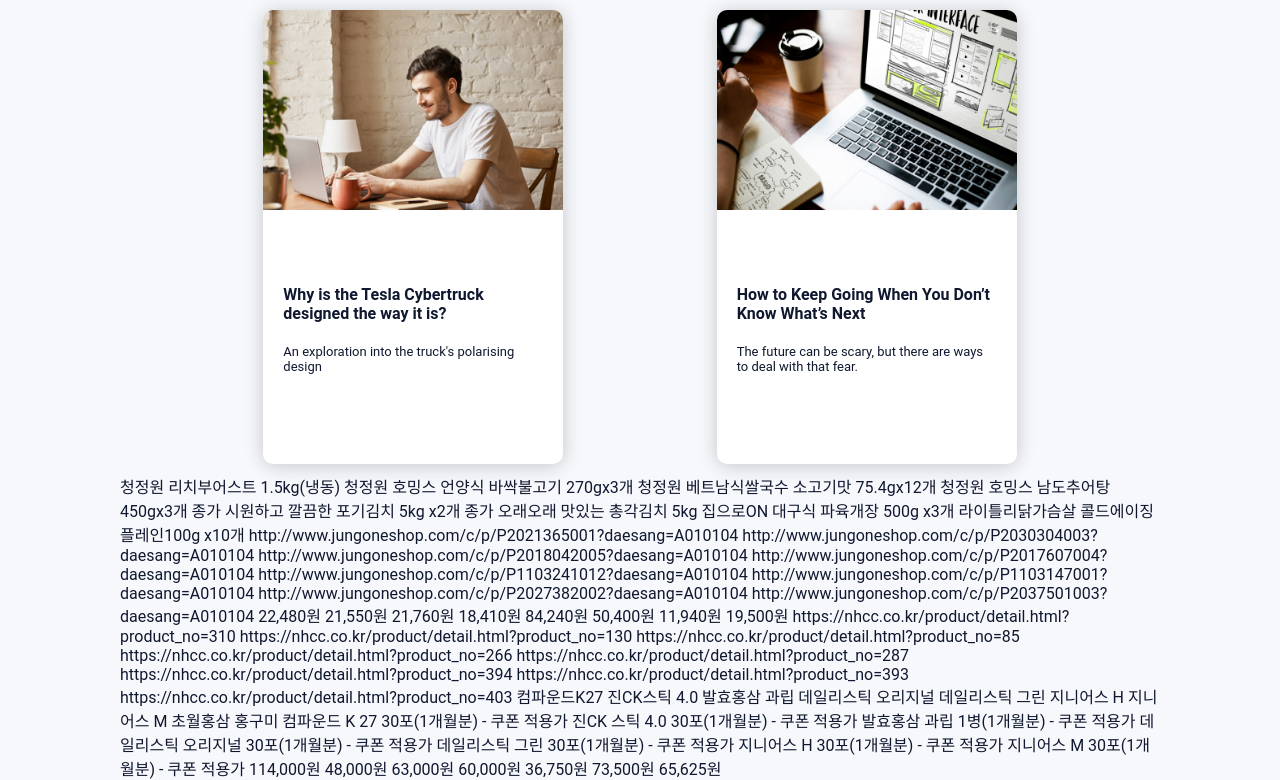
Repository: Nam936/exercises
Page: card.html
These files come from the project's save history. The page is drawn as it stood at one moment and after the next save; the edit follows.
The browser window is 1280 px wide. The pictures show the whole page.

Above is the page before, as saved 2023-01-13 13:39:37.

### card.html
<!DOCTYPE html>
<html lang="en">

<head>
    <meta charset="UTF-8" />
    <meta name="viewport" content="width=device-width, initial-scale=1.0" />
    <meta http-equiv="X-UA-Compatible" content="ie=edge" />
    <title>Card Layout with CSS Grid</title>
    <link rel="stylesheet" href="card.css" />
    <link href="https://fonts.googleapis.com/css?family=Open+Sans&display=swap" rel="stylesheet" />
</head>

<body>


    <div class="container">
        <div class="card">
            <div class="card-header">
                <img src="/img/Rectangle 66.png" alt="rover" />
            </div>
            <div class="card-body">
                <h4>
                    Why is the Tesla Cybertruck designed the way it
                    is?
                </h4>
                <p>
                    An exploration into the truck's polarising design
                </p>
            </div>
        </div>
        <div class="card">
            <div class="card-header">
                <img src="/img/Rectangle 66_2.png"
                    alt="ballons" />
            </div>
            <div class="card-body">
                <h4>
                    How to Keep Going When You Don’t Know What’s Next
                </h4>
                <p>
                    The future can be scary, but there are ways to
                    deal with that fear.
                </p>

            </div>
        </div>

        <!-- <main>
        <section class="cards">
            <div class="card">
                <div class="card-image-container">
                    <img
                        src="https://images.unsplash.com/photo-1464822759023-fed622ff2c3b?ixlib=rb-1.2.1&ixid=eyJhcHBfaWQiOjEyMDd9&auto=format&fit=crop&w=1200&q=80" />
                </div>
                <div class="card-content">
                    <p class="card-title text-medium">
                        10 secrets to connect with your audience through your website and blog
                    <p>It is not the same to write a blog with simple information as to write by connecting with your
                        target.</p>
                    </p>
                    <div class="day">
                        <div class="blog-date">
                            <img src="/img/Iconex/Calendar.svg" alt="">
                            <p>May 7 2022</p>
                        </div>
                        <div class="time">
                            <img src="/img/Iconex/Time Circle.svg" alt="">
                            <p>10 min read</p>
                        </div>
                    </div>
                </div>
            </div>
            <div class="card">
                <div class="card-image-container">
                    <img
                        src="https://images.unsplash.com/photo-1519681393784-d120267933ba?ixlib=rb-1.2.1&ixid=eyJhcHBfaWQiOjEyMDd9&auto=format&fit=crop&w=1200&q=80" />
                </div>
                <div class="card-content">
                    <p class="card-title text-medium">
                        10 secrets to connect with your audience through your website and blog
                    <p>It is not the same to write a blog with simple information as to write by connecting with your
                        target.</p>
                    </p>
                    <div class="day">
                        <div class="blog-date">
                            <img src="/img/Iconex/Calendar.svg" alt="">
                            <p>May 7 2022</p>
                        </div>
                        <div class="time">
                            <img src="/img/Iconex/Time Circle.svg" alt="">
                            <p>10 min read</p>
                        </div>
                    </div>
                </div>
            </div>
            <div class="card">
                <div class="card-image-container">
                    <img
                        src="https://images.unsplash.com/photo-1519681393784-d120267933ba?ixlib=rb-1.2.1&ixid=eyJhcHBfaWQiOjEyMDd9&auto=format&fit=crop&w=1200&q=80" />
                </div>
                <div class="card-content">
                    <p class="card-title text-medium">
                        10 secrets to connect with your audience through your website and blog
                    <p>It is not the same to write a blog with simple information as to write by connecting with your
                        target.</p>
                    </p>
                    <div class="day">
                        <div class="blog-date">
                            <img src="/img/Iconex/Calendar.svg" alt="">
                            <p>May 7 2022</p>
                        </div>
                        <div class="time">
                            <img src="/img/Iconex/Time Circle.svg" alt="">
                            <p>10 min read</p>
                        </div>
                    </div>
                </div>
            </div> -->
        <!-- <div class="blog-thumbnail">
                <div class="thumbnail">
                    <div class="thumb">
                        <p>These web design trends will help inform and inspire what people build for the web</p>
                        <div class="day">
                            <div class="blog-date">
                                <img src="/img/Iconex/Calendar.svg" alt="">
                                <p>May 7 2022</p>
                            </div>
                            <div class="time">
                                <img src="/img/Iconex/Time Circle.svg" alt="">
                                <p>10 min read</p>
                            </div>
                        </div>
                    </div>
                    <div class="thumb-img">
                        <img src="/img/thumb1.png" alt="">
                    </div>
                </div>

                <div class="thumbnail">
                    <div class="thumb">
                        <p>These web design trends will help inform and inspire what people build for the web</p>
                        <div class="day">
                            <div class="blog-date">
                                <img src="/img/Iconex/Calendar.svg" alt="">
                                <p>May 7 2022</p>
                            </div>
                            <div class="time">
                                <img src="/img/Iconex/Time Circle.svg" alt="">
                                <p>10 min read</p>
                            </div>
                        </div>
                    </div>
                    <div class="thumb-img">
                        <img src="/img/thumb2.png" alt="">
                    </div>
                </div>
                <div class="thumbnail">
                    <div class="thumb">
                        <p>These web design trends will help inform and inspire what people build for the web</p>
                        <div class="day">
                            <div class="blog-date">
                                <img src="/img/Iconex/Calendar.svg" alt="">
                                <p>May 7 2022</p>
                            </div>
                            <div class="time">
                                <img src="/img/Iconex/Time Circle.svg" alt="">
                                <p>10 min read</p>
                            </div>
                        </div>
                    </div>
                    <div class="thumb-img">
                        <img src="/img/thumb3.png" alt="">
                    </div>
                </div>
            </div> -->
        <!-- </section>

    </main>
</body>

</html> -->


        <!-- <section class="cards-cus">
    <div class="card-cus">
        <div class="card-image-container-cus">
            <img
                src="https://images.unsplash.com/photo-1464822759023-fed622ff2c3b?ixlib=rb-1.2.1&ixid=eyJhcHBfaWQiOjEyMDd9&auto=format&fit=crop&w=1200&q=80" />
        </div>
        <div class="card-content-cus">
            <p class="card-title-cus">
                10 secrets to connect with your audience through your website and blog
            <p>It is not the same to write a blog with simple information as to write by connecting with your target.</p>
            </p>
            <div class="day-cus">
                <div class="date-cus">
                    <img src="/img/Iconex/Calendar.svg" alt="">
                    <p>May 7 2022</p>
                </div>
                <div class="time-cus">
                    <img src="/img/Iconex/Time Circle.svg" alt="">
                    <p>10 min read</p>
                </div>
            </div>
        </div>
    </div>
    <div class="card-cus">
        <div class="card-image-container-cus">
            <img
                src="https://images.unsplash.com/photo-1519681393784-d120267933ba?ixlib=rb-1.2.1&ixid=eyJhcHBfaWQiOjEyMDd9&auto=format&fit=crop&w=1200&q=80" />
        </div>
        <div class="card-content-cus">
            <p class="card-title-cus">
                10 secrets to connect with your audience through your website and blog
            <p>It is not the same to write a blog with simple information as to write by connecting with your target.</p>
            </p>
            <div class="day-cus">
                <div class="date-cus">
                    <img src="/img/Iconex/Calendar.svg" alt="">
                    <p>May 7 2022</p>
                </div>
                <div class="time-cus">
                    <img src="/img/Iconex/Time Circle.svg" alt="">
                    <p>10 min read</p>
                </div>
            </div>
        </div>
    </div>
</section> -->



청정원 리치부어스트 1.5kg(냉동)
청정원 호밍스 언양식 바싹불고기 270gx3개
청정원 베트남식쌀국수 소고기맛 75.4gx12개
청정원 호밍스 남도추어탕 450gx3개
종가 시원하고 깔끔한 포기김치 5kg x2개
종가 오래오래 맛있는 총각김치 5kg
집으로ON 대구식 파육개장 500g x3개
라이틀리닭가슴살 콜드에이징 플레인100g x10개

http://www.jungoneshop.com/c/p/P2021365001?daesang=A010104
http://www.jungoneshop.com/c/p/P2030304003?daesang=A010104
http://www.jungoneshop.com/c/p/P2018042005?daesang=A010104
http://www.jungoneshop.com/c/p/P2017607004?daesang=A010104
http://www.jungoneshop.com/c/p/P1103241012?daesang=A010104
http://www.jungoneshop.com/c/p/P1103147001?daesang=A010104
http://www.jungoneshop.com/c/p/P2027382002?daesang=A010104
http://www.jungoneshop.com/c/p/P2037501003?daesang=A010104


22,480원
21,550원
21,760원
18,410원
84,240원
50,400원
11,940원
19,500원



https://nhcc.co.kr/product/detail.html?product_no=310
https://nhcc.co.kr/product/detail.html?product_no=130
https://nhcc.co.kr/product/detail.html?product_no=85
https://nhcc.co.kr/product/detail.html?product_no=266
https://nhcc.co.kr/product/detail.html?product_no=287
https://nhcc.co.kr/product/detail.html?product_no=394
https://nhcc.co.kr/product/detail.html?product_no=393
https://nhcc.co.kr/product/detail.html?product_no=403

컴파운드K27
진CK스틱 4.0
발효홍삼 과립
데일리스틱 오리지널
데일리스틱 그린
지니어스 H
지니어스 M
초월홍삼 홍구미



컴파운드 K 27 30포(1개월분) - 쿠폰 적용가
진CK 스틱 4.0 30포(1개월분) - 쿠폰 적용가
발효홍삼 과립 1병(1개월분) - 쿠폰 적용가
데일리스틱 오리지널 30포(1개월분) - 쿠폰 적용가
데일리스틱 그린 30포(1개월분) - 쿠폰 적용가
지니어스 H 30포(1개월분) - 쿠폰 적용가
지니어스 M 30포(1개월분) - 쿠폰 적용가


114,000원
48,000원
63,000원
60,000원
36,750원
73,500원
65,625원

### card.css


* {
    box-sizing: border-box;
}

body {
    display: flex;
    justify-content: center;
    align-items: center;
    margin: 0;
    background-color: #f7f8fc;
    font-family: "Roboto", sans-serif;
    color: #10182f;
}

.container {
    display: flex;
    width: 1040px;
    justify-content: space-evenly;
    flex-wrap: wrap;
}

.card {
    margin: 10px;
    background-color: #fff;
    border-radius: 10px;
    box-shadow: 0 2px 20px rgba(0, 0, 0, 0.2);
    overflow: hidden;
    width: 300px;
}

.card-header img {
    width: 100%;
    height: 200px;
    object-fit: cover;
}

.card-body {
    display: flex;
    flex-direction: column;
    justify-content: center;
    align-items: flex-start;
    padding: 20px;
    min-height: 250px;
}

.card-body p {
    font-size: 13px;
    margin: 0 0 40px;
}




/* * {
    box-sizing: border-box;
    padding: 0;
    margin: 0;
}

body {
    background-color: #303032;
}

main {
    display: grid;
    grid-template-columns: 1fr 1fr 1fr;;
    grid-gap: 40px;
    padding: 60px 0;
}

.text-medium {
    font-family: "Open Sans", sans-serif;
    font-size: 16px;
    line-height: 20px;
    font-weight: 400;
    color: #ecf0f1;
}

.cards {
    grid-column: 1 / span 3;
    display: grid;
    grid-template-columns: 1fr 1fr 1fr;
    grid-gap: 40px;
}

.card {
    grid-column-end: span 4;
    display: flex;
    flex-direction: column;
    background-color: #39393b;
    cursor: pointer;
    transition: all 0.3s ease 0s;
}

.card:hover {
    transform: translateY(-7px);
}

.card-image-container {
    width: 100%;
    padding-top: 56.25%;
    overflow: hidden;
    position: relative;
}

.card-image-container img {
    width: 100%;
    position: absolute;
    top: 50%;
    left: 50%;
    transform: translate(-50%, -50%);
}

.card-content {
    padding: 20px;
}

.card-title {
    margin-bottom: 20px;
}

.day {
    display: flex;
    align-self: end;
    align-items: center;
    margin-top: 20px;
}

.time {
    margin-left: 20px;
}

.time p {
    float: right;
    margin-left: 5px;
    display: -webkit-box;
    -webkit-box-orient: vertical;
    -webkit-line-clamp: 3;
    overflow: hidden;


}

.blog-date p {
    float: right;
    margin-left: 5px;
    display: -webkit-box;
    -webkit-box-orient: vertical;
    -webkit-line-clamp: 3;
    overflow: hidden;
}

.card-price {
    margin-left: auto;
    padding: 5px 20px;
    background-color: #303032;
    border-radius: 20px;
}

@media only screen and (max-width: 1000px) {
    .card {
        grid-column-end: span 6;
    }
}

@media only screen and (max-width: 700px) {
    main {
        grid-gap: 20px;
    }

    .card {
        grid-column-end: span 12;
    }
}

@media only screen and (max-width: 500px) {
    main {
        grid-template-columns: 10px repeat(6, 1fr) 10px;
        grid-gap: 10px;
    }

    .cards {
        grid-column: 2 / span 6;
        grid-template-columns: repeat(6, 1fr);
        grid-gap: 20px;
    }

    .card {
        grid-column-end: span 6;
    }

    .card-content p {
        display: -webkit-box;
        -webkit-box-orient: vertical;
        -webkit-line-clamp: 1;
        overflow: hidden;
    }

}


.blog-thumbnail {
    display: flex;
    flex-direction: column;
    justify-content: space-between;
    padding: 30px 30px;
}

.thumbnail {
    display: flex;
    border-bottom: 1px solid rgba(156, 154, 154, 0.2);
}

.thumb {
    display: -webkit-box;
    -webkit-box-orient: vertical;
    -webkit-line-clamp: 3;
    overflow: hidden;
}

.day {
    display: flex;
    margin-top: 20px;

}

.thumb-img {
    width: 100px;
    height: 100px;
    line-height: 100px;
}

.thumb-img img {
    max-width: 100%;
    border-radius: 10px;
} */



/* * {
    box-sizing: border-box;
    padding: 0;
    margin: 0;
}

body {
    background-color: #303032;
}

.main-recent {
    display: grid;
    grid-template-columns: 1fr repeat(12, minmax(auto, 100%)) 1fr;
    grid-gap: 40px;
    padding: 60px 0;
}

.cards {
    grid-column: 2 / span 12;
    display: grid;
    grid-template-columns: repeat(12, minmax(auto, 60px));
    grid-gap: 40px;
    justify-content: center;
}

.card {
    grid-column-end: span 4;
    display: flex;
    flex-direction: column;
    background-color: #39393b;
    cursor: pointer;
    transition: all 0.3s ease 0s;
}

.card:hover {
    transform: translateY(-7px);
}

.card-image-container {
    width: 100%;

    overflow: hidden;
}

.card-image-container img {

    width: 100%;

}

@media only screen and (max-width: 1000px) {
    .card {
        grid-column-end: span 6;
    }
}

@media only screen and (max-width: 700px) {
    main {
        grid-gap: 20px;
    }

    .card {
        grid-column-end: span 12;
    }
}

@media only screen and (max-width: 500px) {
    main {
        grid-template-columns: 10px repeat(6, 1fr) 10px;
        grid-gap: 10px;
    }

    .cards {
        grid-column: 2 / span 6;
        grid-template-columns: repeat(6, 1fr);
        grid-gap: 20px;
    }

    .card {
        grid-column-end: span 6;
    }
} */

After the next save:
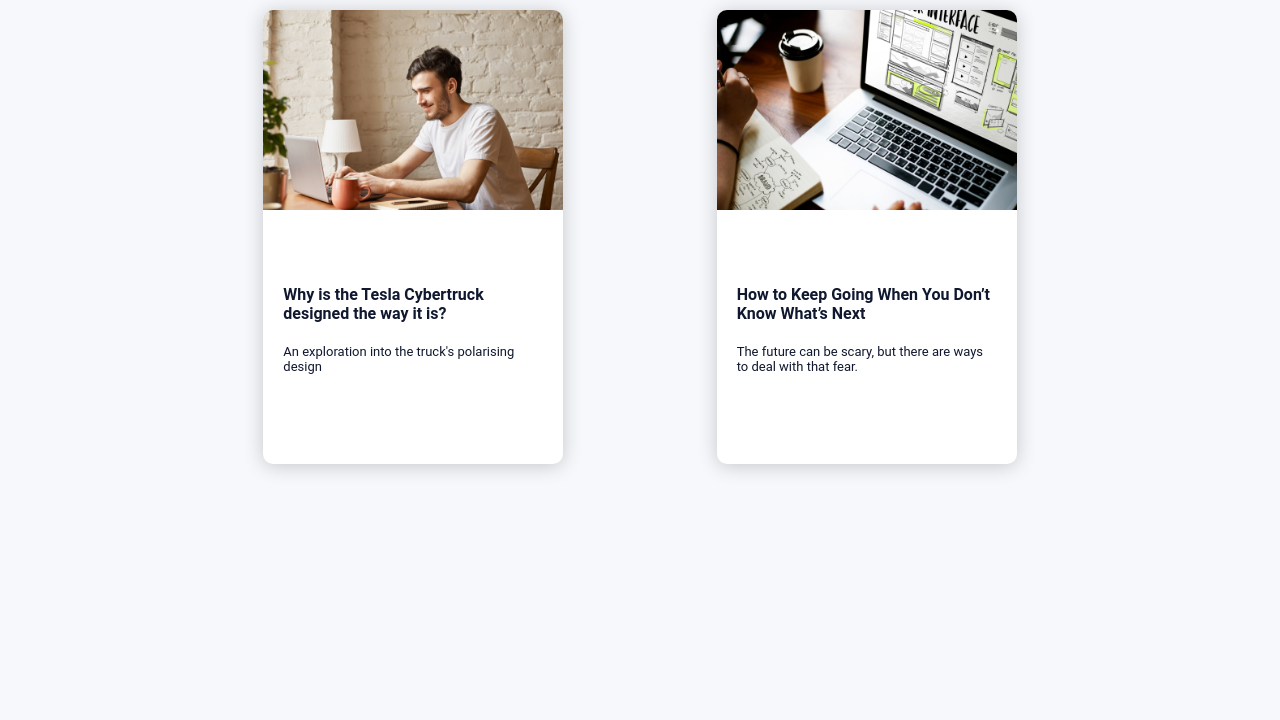
Saved 9 min 57 s later.
--- a/card.html
+++ b/card.html
@@ -230,7 +230,7 @@
 
 
 
-청정원 리치부어스트 1.5kg(냉동)
+<!-- 청정원 리치부어스트 1.5kg(냉동)
 청정원 호밍스 언양식 바싹불고기 270gx3개
 청정원 베트남식쌀국수 소고기맛 75.4gx12개
 청정원 호밍스 남도추어탕 450gx3개
@@ -295,4 +295,4 @@ https://nhcc.co.kr/product/detail.html?product_no=403
 60,000원
 36,750원
 73,500원
-65,625원
+65,625원 -->
